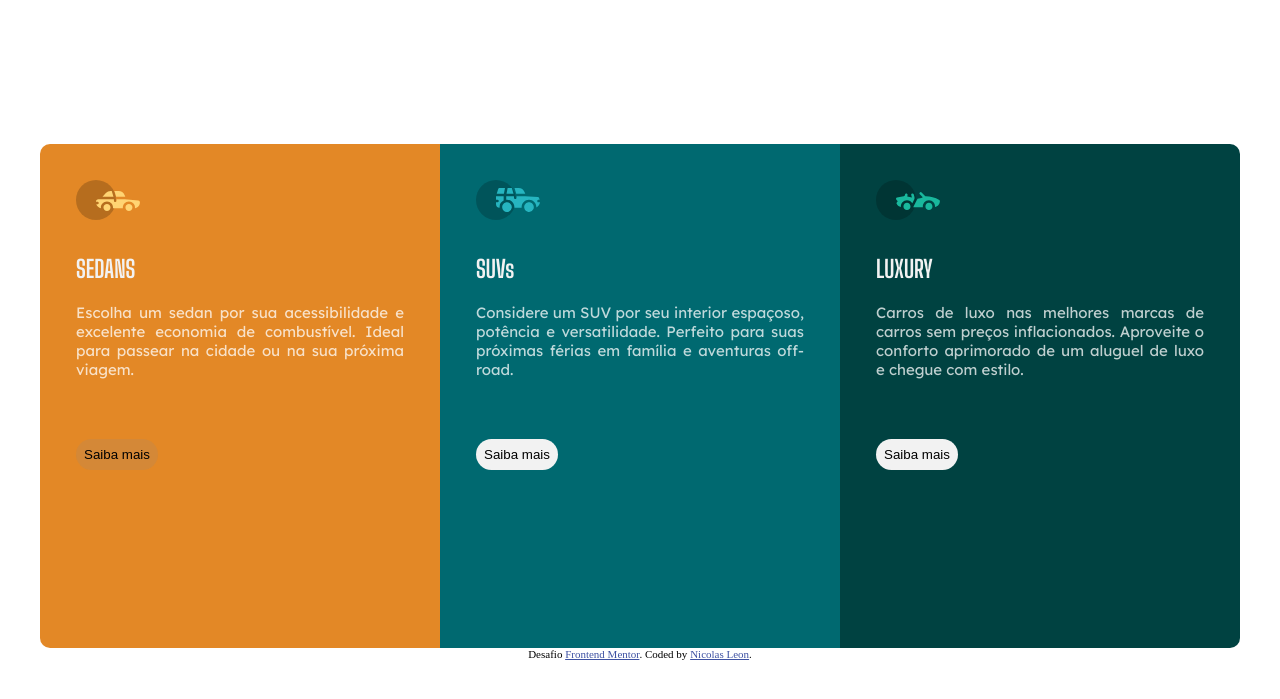
Repository: Leonngc/Car-cards
Page: index.html
The author's editor kept a copy of each file at every save. The page is drawn from the files as they stood at one save, then again after the next save.
The browser window is 1280 px wide. The pictures show the whole page.
The pointer rests on the first visible `button`.

Above is the page before, as saved 2023-01-17 19:07:09.

After the next save:
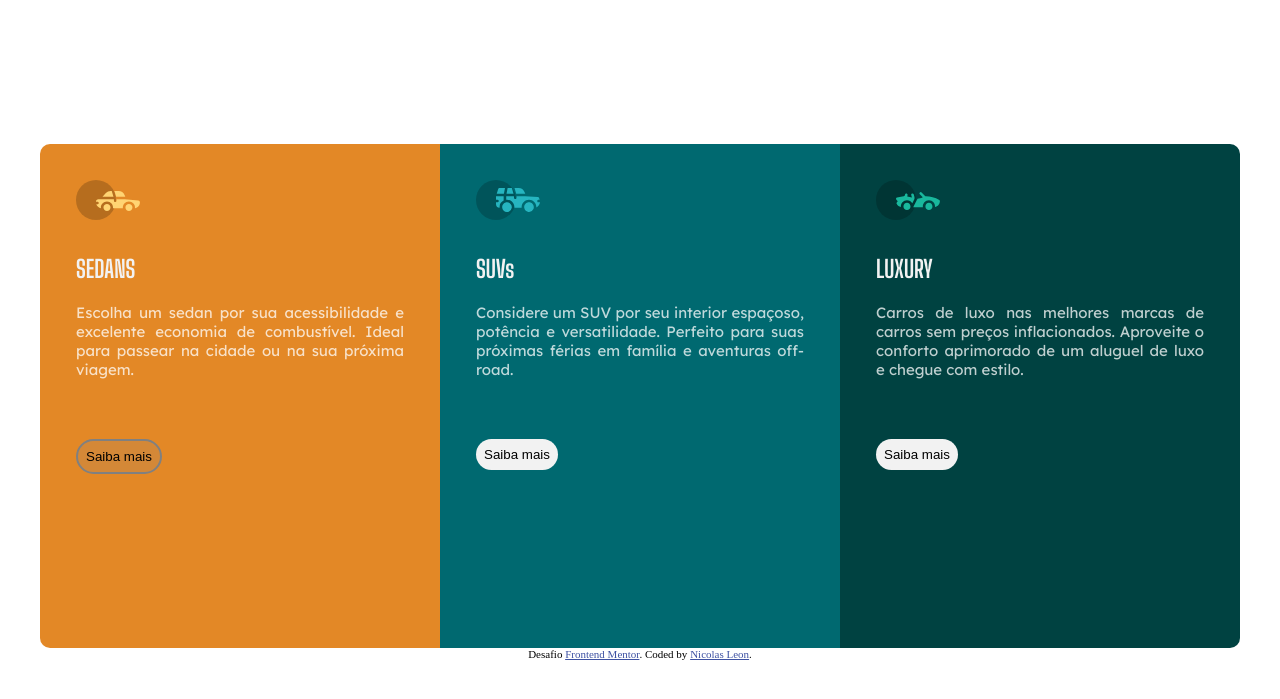
Saved 5 s later.
--- a/styles/style.css
+++ b/styles/style.css
@@ -67,7 +67,7 @@
 }
  button:hover{
     background-color: hsla(0, 0%, 54%, 0.169);
-    border: ;
+    border: 2px solid grey;
  }
 
 /* Animations */
